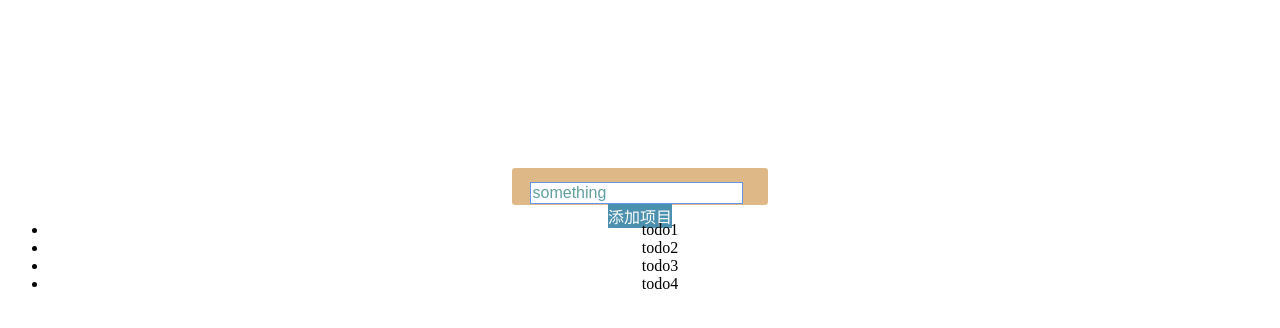
Repository: ArtemisWang/todolistProject
Page: /
These files come from the project's save history. The page is drawn as it stood at one moment and after a run of saves; the edit follows.
The browser window is 1280 px wide. The pictures show the whole page.
The project was rebuilt for these pictures with package versions that can differ from the ones it lists, and the page was loaded fresh each time.

Above is the page before, as saved 2020-02-28 21:49:40.

### src/App.js
import React,{useState} from 'react';
import './App.css'
const App=function(){

    const [list, setList]=useState(['todo1','todo2','todo3','todo4'])
    const [content, setContent]=useState('something')

    function addItem(){
        setList([...list,content])
        setContent('')
    }

    function changeContent(e){
        setContent(e.target.value)
        return content
    }

    function deleteItem(i){
        setList(list.filter((x,index)=>index!==i))
    }

    return (
    <div className='app'>
        <div className='input'>
            <input onChange={changeContent} value={content} className='input-text'/>
            <button onClick={addItem} className='button'>添加项目</button>
        </div>
        <div className='u-list'>
            <ul>
                {list.map((it,i)=>(<li key={it+i} onClick={deleteItem.bind(this,i)}>{it}</li>))}
            </ul>
        </div>
    </div>)
}




export default App

### src/App.css
.app{
    text-align: center;
    padding-top: 10rem;
}

.input{
    display: block;
    background-color: burlywood;
    width: 16rem;
    margin-left:auto;
    margin-right:auto;
    padding-top: 0.1rem;
    padding-bottom: 0.2rem;
    border-radius: .2rem;
    height: 2rem;
}

.input-text{
    color: cadetblue;
    border: cornflowerblue solid 1px;
    display: inline-block;
    margin-right: .5rem;
    font-size: 1rem;
    margin-top: .8rem;
}

.button {
    background-color: rgb(76, 144, 175);
    border: none;
    color: white;
    padding: 0;
    text-align: center;
    text-decoration: none;
    display: inline-block;
    font-size: 1rem;
}

Loaded but not shown: public/index.html (common file); src/index.js (common file)

After the next 2 saves:
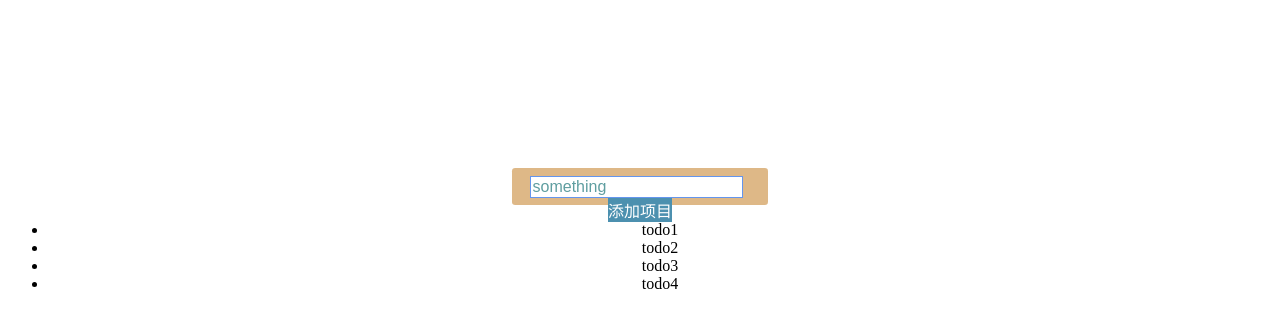
The 2 saves are shown as one change because they came seconds apart.
The last was saved 7 s later.
--- a/src/App.css
+++ b/src/App.css
@@ -21,7 +21,7 @@
     display: inline-block;
     margin-right: .5rem;
     font-size: 1rem;
-    margin-top: .8rem;
+    margin-top: .4rem;
 }
 
 .button {
